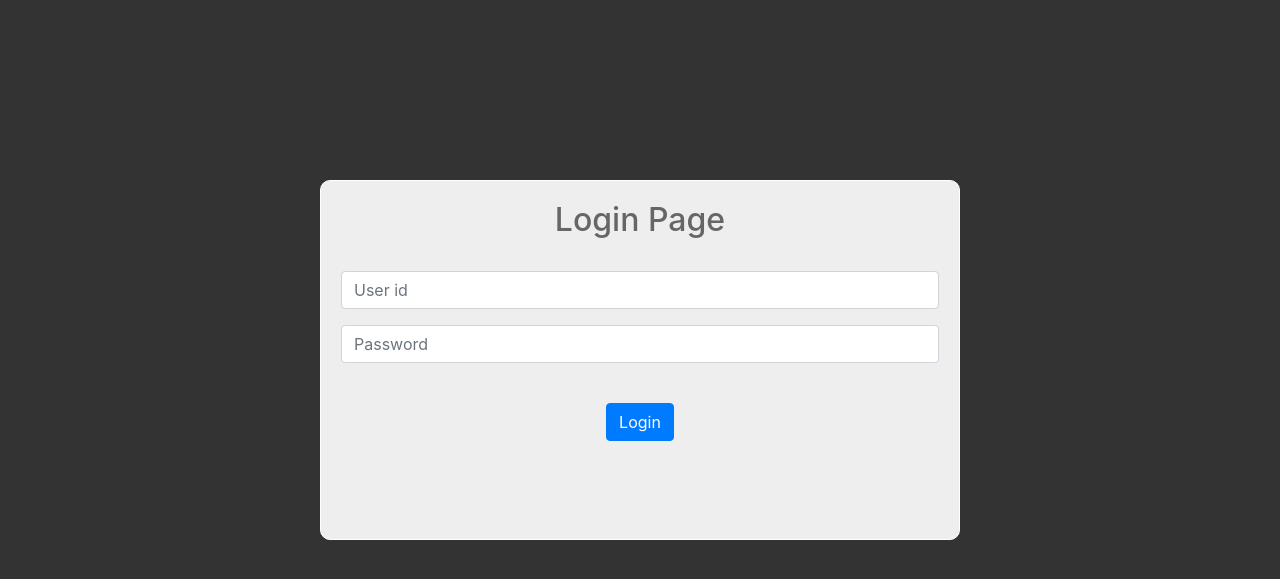
Repository: rkmr039/EMS_PROJECT
Page: EMS/WebContent/login2.html
The author's editor kept a copy of each file at every save. The page is drawn from the files as they stood at one save, then again after the next save.
The browser window is 1280 px wide. The pictures show the whole page.

Above is the page before, as saved 2019-08-30 06:57:52.
Console error: TypeError: Cannot read properties of undefined (reading 'fn')

### EMS/WebContent/login2.html
<!DOCTYPE html>
<html>
<head>
<meta charset="ISO-8859-1">
<title>Login | EMS </title>
<link rel="stylesheet" href="https://stackpath.bootstrapcdn.com/bootstrap/4.3.1/css/bootstrap.min.css" integrity="sha384-ggOyR0iXCbMQv3Xipma34MD+dH/1fQ784/j6cY/iJTQUOhcWr7x9JvoRxT2MZw1T" crossorigin="anonymous">
<script src="https://stackpath.bootstrapcdn.com/bootstrap/4.3.1/js/bootstrap.min.js" integrity="sha384-JjSmVgyd0p3pXB1rRibZUAYoIIy6OrQ6VrjIEaFf/nJGzIxFDsf4x0xIM+B07jRM" crossorigin="anonymous"></script>
<style>
.inputBox{
	overflow: hidden;
    align-items: center;
     display: flex;
}
body {
    background:#333;
}
.form_bg {
    background-color:#eee;
    color:#666;
    padding:20px;
    border-radius:10px;
    position: absolute;
    border:1px solid #fff;
    margin: auto;
    top: 0;
    right: 0;
    bottom: 0;
    left: 0;
}
.align-center {
    text-align:center;
}
</style>

</head>
<body>
 <div class="container">
    <div class="row">
        <div class="form_bg w-50 h-50">
            <form>
                 <h2 class="text-center">Login Page</h2>
                <br/>
                <div class="form-group">
                    <input type="email" class="form-control" id="userid" placeholder="User id">
                </div>
                <div class="form-group">
                    <input type="password" class="form-control" id="pwd" placeholder="Password">
                </div>
                <br/>
                <div class="align-center">
                    <button type="submit" class="btn btn-primary" id="login">Login</button>
                </div>
            </form>
        </div>
    </div>
</div>
	<script src="https://code.jquery.com/jquery-3.3.1.slim.min.js" integrity="sha384-q8i/X+965DzO0rT7abK41JStQIAqVgRVzpbzo5smXKp4YfRvH+8abtTE1Pi6jizo" crossorigin="anonymous"></script>
<script src="https://cdnjs.cloudflare.com/ajax/libs/popper.js/1.14.7/umd/popper.min.js" integrity="sha384-UO2eT0CpHqdSJQ6hJty5KVphtPhzWj9WO1clHTMGa3JDZwrnQq4sF86dIHNDz0W1" crossorigin="anonymous"></script>

</body>
</html>

After the next save:
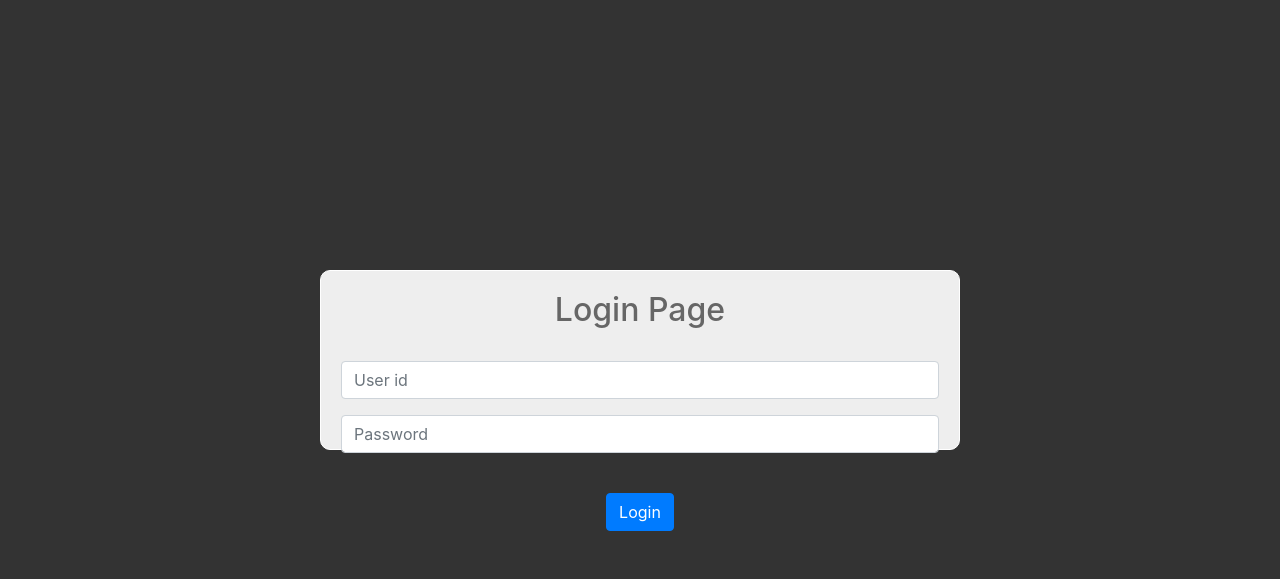
Saved 6 s later.
--- a/EMS/WebContent/login2.html
+++ b/EMS/WebContent/login2.html
@@ -36,7 +36,7 @@ body {
 <body>
  <div class="container">
     <div class="row">
-        <div class="form_bg w-50 h-50">
+        <div class="form_bg w-50 h-25">
             <form>
                  <h2 class="text-center">Login Page</h2>
                 <br/>
